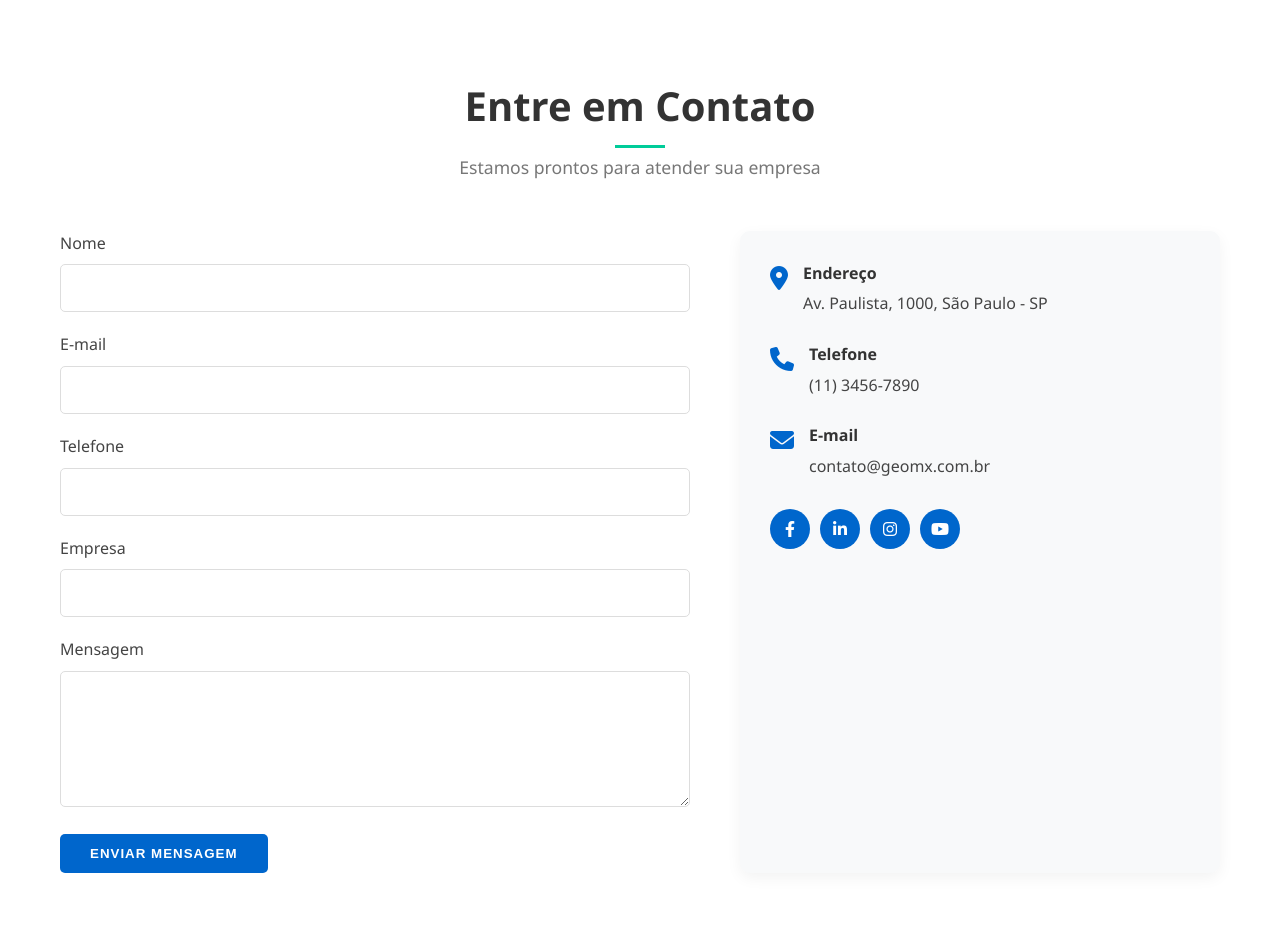
Repository: rocha1579/geomx
Page: index.html
These files come from the project's save history. The page is drawn as it stood at one moment and after the next save; the edit follows.
The browser window is 1280 px wide. The pictures show the part of the page from y = 4508 to 5460 px (the page is 6226 px tall).
Pictures or frames that could not be fetched are drawn as grey boxes. A picture or video elsewhere on the page could not be fetched, so the positions and the page height are approximate.

Above is the page before, as saved 2025-04-22 15:24:02.

After the next save:
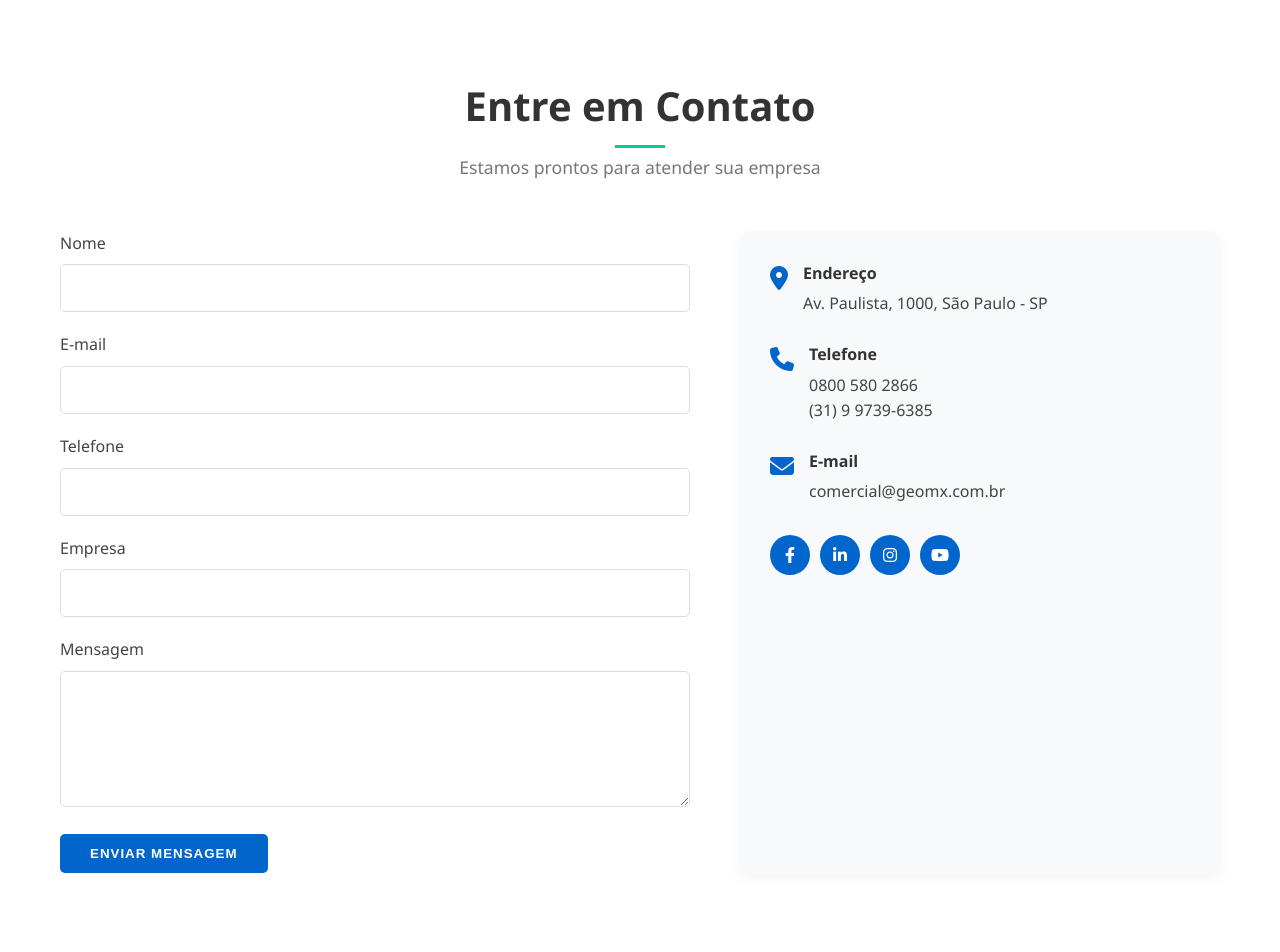
Saved 16 min 13 s later.
--- a/index.html
+++ b/index.html
@@ -335,21 +335,21 @@
                         <i class="fas fa-phone"></i>
                         <div>
                             <h4>Telefone</h4>
-                            <p>(11) 3456-7890</p>
+                            <p>0800 580 2866<br>(31) 9 9739-6385</p>
                         </div>
                     </div>
                     <div class="info-item">
                         <i class="fas fa-envelope"></i>
                         <div>
                             <h4>E-mail</h4>
-                            <p>contato@geomx.com.br</p>
+                            <p>comercial@geomx.com.br</p>
                         </div>
                     </div>
                     <div class="social-media">
-                        <a href="#" class="social-icon"><i class="fab fa-facebook-f"></i></a>
-                        <a href="#" class="social-icon"><i class="fab fa-linkedin-in"></i></a>
-                        <a href="#" class="social-icon"><i class="fab fa-instagram"></i></a>
-                        <a href="#" class="social-icon"><i class="fab fa-youtube"></i></a>
+                        <a href="https://www.facebook.com/geomxbrasil" class="social-icon" target="_blank"><i class="fab fa-facebook-f"></i></a>
+                        <a href="https://www.linkedin.com/company/geomx" class="social-icon" target="_blank"><i class="fab fa-linkedin-in"></i></a>
+                        <a href="https://www.instagram.com/geomx_brasil/" class="social-icon" target="_blank"><i class="fab fa-instagram"></i></a>
+                        <a href="https://www.youtube.com/channel/UC2VQmLmBy8NQ2N8LnCI59Cg" class="social-icon" target="_blank"><i class="fab fa-youtube"></i></a>
                     </div>
                 </div>
             </div>
@@ -412,7 +412,7 @@
     </div>
 
     <!-- Botão de WhatsApp Flutuante -->
-    <a href="https://wa.me/SEUNUMERODETELEFONE" class="whatsapp-button" target="_blank">
+    <a href="https://wa.me/31997396385" class="whatsapp-button" target="_blank">
         <i class="fab fa-whatsapp"></i>
     </a>
 
